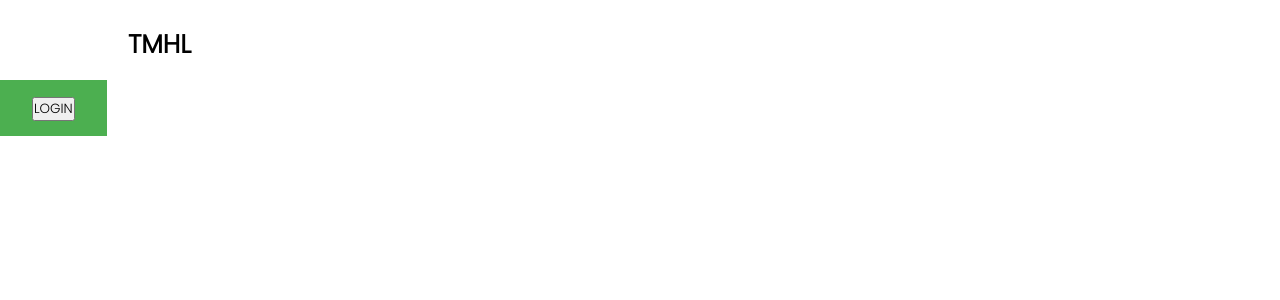
Repository: vu9ar/vu9ar.github.io
Page: WelcomePage/welcome.html
The author's editor kept a copy of each file at every save. The page is drawn from the files as they stood at one save, then again after the next save.
The browser window is 1280 px wide. The pictures show the whole page.

Above is the page before, as saved 2022-03-27 18:02:52.

After the next save:
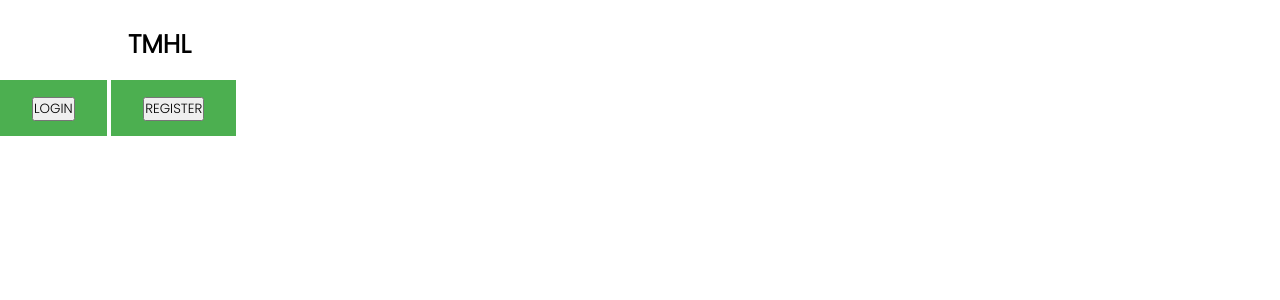
Saved 41 s later.
--- a/WelcomePage/welcome.html
+++ b/WelcomePage/welcome.html
@@ -32,6 +32,10 @@
     <form class="button">
         <button href="../loginRegister/login.js">LOGIN</button>
     </form>
+
+    <form class="button">
+        <button href="../loginRegister/guestToVerifiedRegister.html">REGISTER</button>
+    </form>
     <script src="app.js"></script>
 
 </body>
